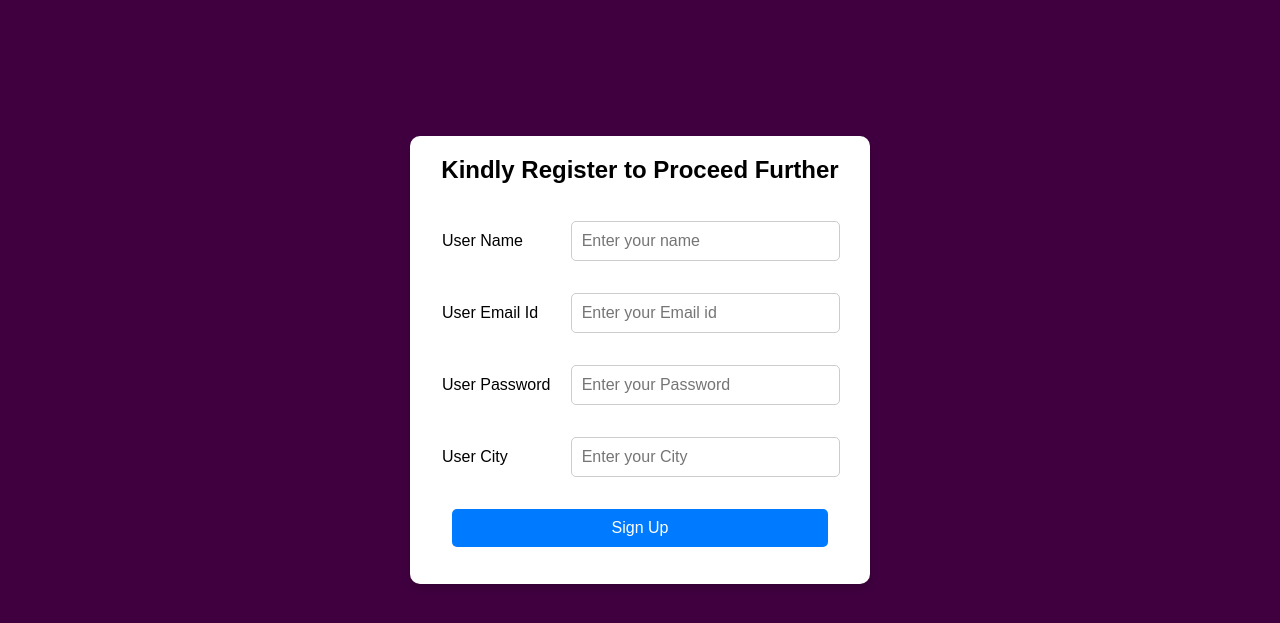
Repository: anuragtiwari3100/Java-Web-Solutions-Kit
Page: JspAndServlet/RegistrationAppUsingMVC/src/main/webapp/index.html
An editor plug-in stored every save of this project. The page is shown before and after a run of saves, followed by the edit.
The browser window is 1280 px wide. The pictures show the whole page.

Above is the page before, as saved 2024-11-28 03:22:30.

After the next 3 saves:
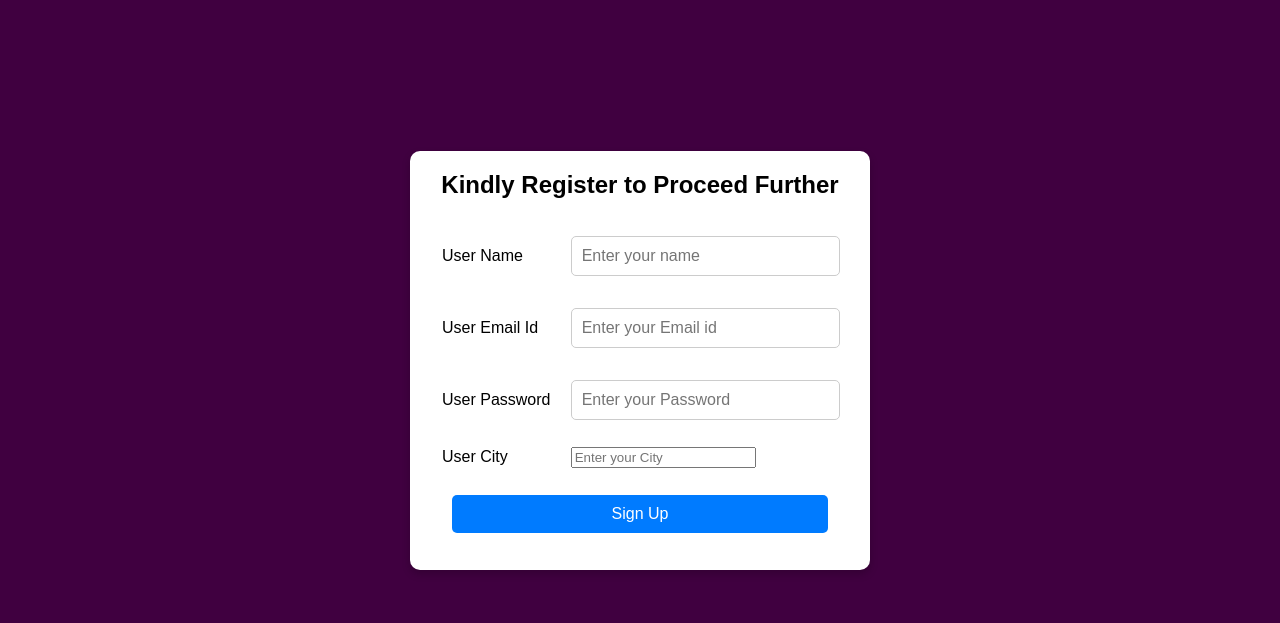
The 3 saves are shown as one change because they came seconds apart.
The last was saved 21 s later.
--- a/JspAndServlet/RegistrationAppUsingMVC/src/main/webapp/index.html
+++ b/JspAndServlet/RegistrationAppUsingMVC/src/main/webapp/index.html
@@ -75,8 +75,8 @@
                     <td><input type="password" id="password" name="password" placeholder="Enter your Password" required></td>
                 </tr>
                 <tr>
-                    <td><label for="city">User City</label></td>
-                   <td><input type="text" id="city" name="ucity" placeholder="Enter your City" required></td>
+                    <td><label for="ucity">User City</label></td>
+                   <td><input type="ucity" id="ucity" name="ucity" placeholder="Enter your City" required></td>
                 </tr>
                 <tr>
                     <td colspan="2" style="text-align: center;">
